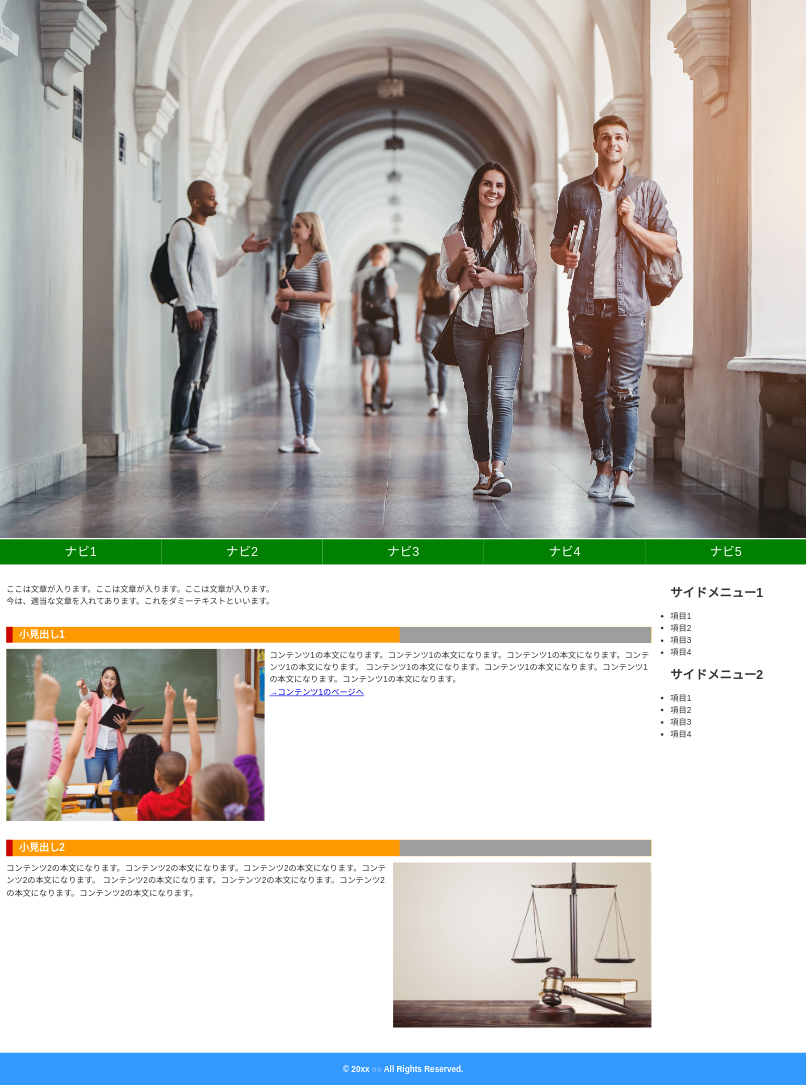
Repository: drumskoji/samurai_HTML-CSS
Page: home.html
The author's editor kept a record of every edit. The page is drawn from the files as they stood at one moment, then again after the next edit.
The browser window is 1280 px wide. The pictures show the whole page, at 63% of full size.
Pictures or frames that could not be fetched are drawn as grey boxes.

Above is the page before.

After the next edit:
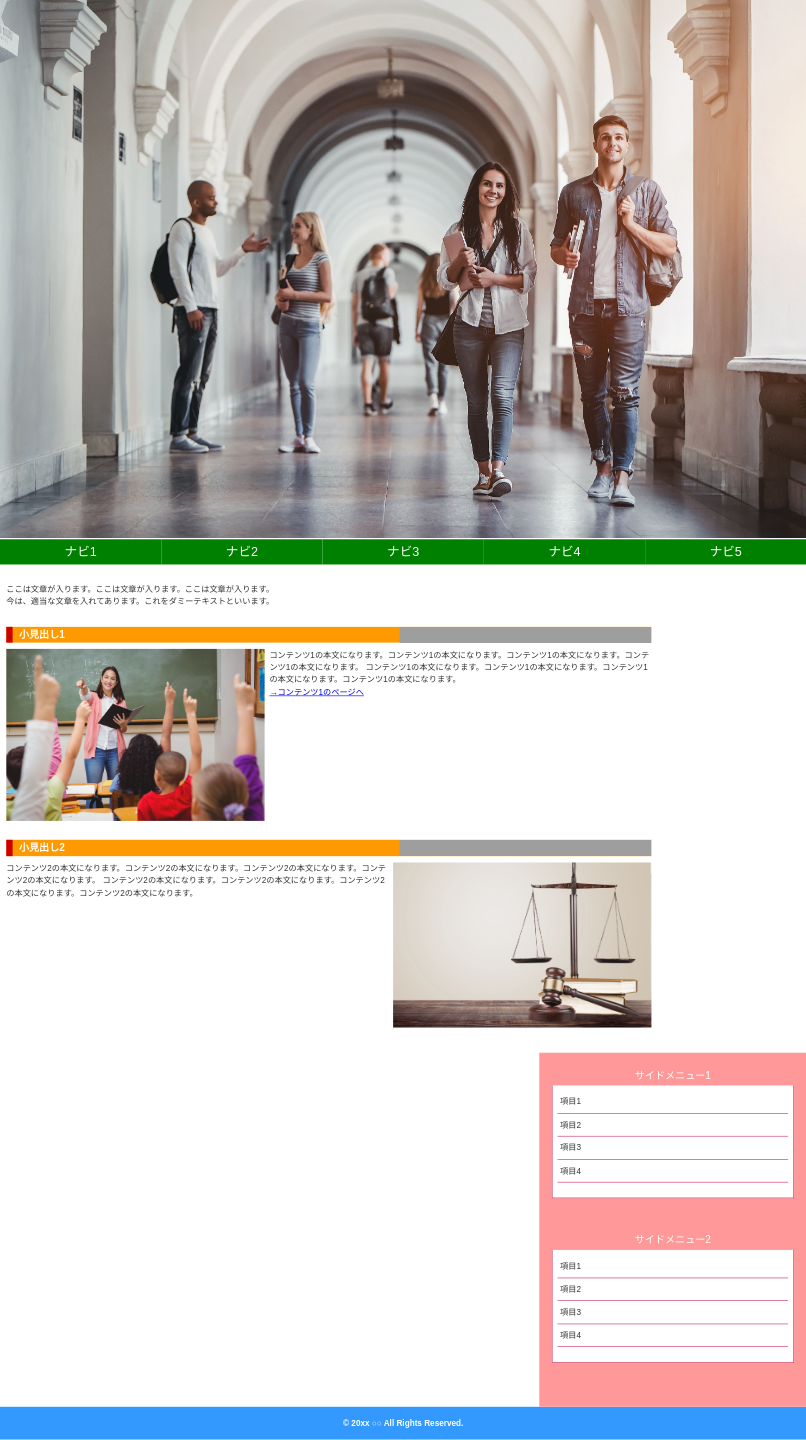
Not found: images/side_box.png
Not found: images/side_box_h2.png
The edit:
--- a/stylesheet.css
+++ b/stylesheet.css
@@ -127,3 +127,42 @@
 	 display: block;
 	 clear: both;
  }
+
+ /* -------------------- side -------------------- */
+ #side {
+ 	 float: right;
+ 	 width: 30%;
+ 	 padding: 20px;
+ 	 background-color: #F99;
+ }
+ #side .box {
+ 	 margin: 0 auto 30px auto;
+ 	 padding: 0 0 20px 0;
+ 	 background: url(images/side_box.png) bottom no-repeat;
+ }
+ #side .box h2 {
+ 	 margin: 0;
+ 	 padding: 8px;
+ 	 text-align: center;
+ 	 color: #fff;
+ 	 font-size: 16px;
+ 	 line-height: 16px;
+ 	 font-weight: normal;
+ 	 background: url(images/side_box_h2.png) center no-repeat;
+ }
+ #side .box .boxBody {
+ 	 padding: 8px;
+ 	 border-right: solid 1px #C36;
+ 	 border-bottom: solid 1px #C36;
+ 	 border-left: solid 1px #C36;
+ 	 background: #fff;
+ }
+ #side .box .boxBody ul {
+ 	 margin: 0 0 16px 0;
+ 	 padding: 0;
+ }
+ #side .box .boxBody ul li {
+ 	 padding: 8px 0 8px 4px;
+ 	 list-style: none;
+ 	 border-bottom: solid 1px #C36;
+ }
